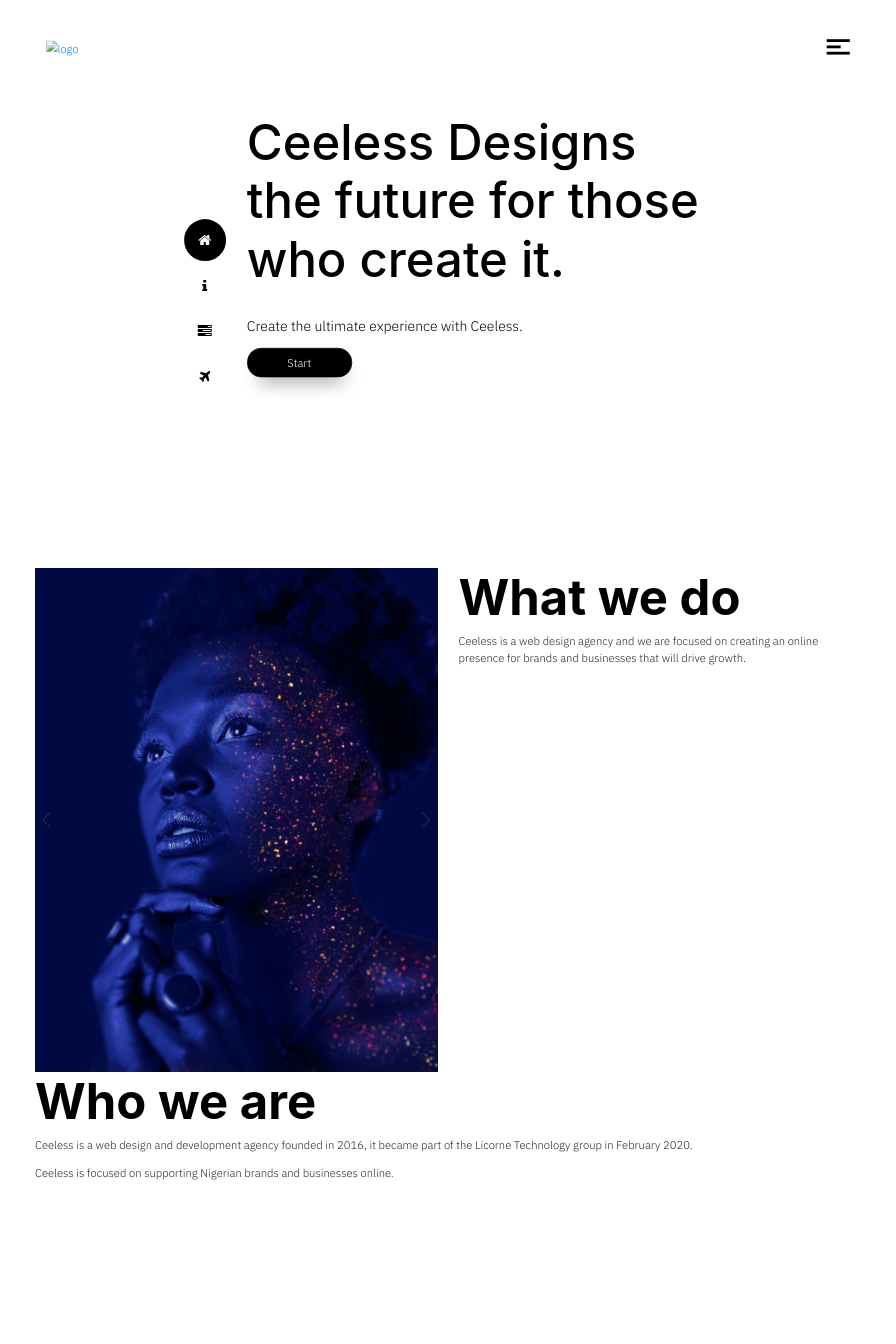
Repository: Licorne-Technologies/Ceeless-v2
Page: index.html
These files come from the project's save history. The page is drawn as it stood at one moment and after the next save; the edit follows.
The browser window is 1280 px wide. The pictures show the part of the page from y = 0 to 1920 px (the page is 3037 px tall), at 70% of full size.
Some web libraries are served in a nearby version. The style sheet was rebuilt from its Sass, Less or Tailwind sources for each picture, by a compiler version that may differ from the author's.

Above is the page before, as saved 2020-06-15 13:21:32.

### index.html
<!DOCTYPE html>
<html lang="en">
<head>
    <meta charset="UTF-8">
    <meta name="viewport" content="width=device-width, initial-scale=1.0">
    <!-- UIkit CSS -->
    <link rel="stylesheet" href="https://cdn.jsdelivr.net/npm/uikit@3.5.4/dist/css/uikit.min.css" />
    <!--Bootstrap-->
    <link rel="stylesheet" href="https://stackpath.bootstrapcdn.com/bootstrap/4.4.1/css/bootstrap.min.css" integrity="sha384-Vkoo8x4CGsO3+Hhxv8T/Q5PaXtkKtu6ug5TOeNV6gBiFeWPGFN9MuhOf23Q9Ifjh" crossorigin="anonymous">
    <!--Font awesome -->
    <link rel="stylesheet" href="https://stackpath.bootstrapcdn.com/font-awesome/4.7.0/css/font-awesome.min.css">
    <!--Stylesheet-->
    <link rel="stylesheet" href="css/stylesheet.css">
    <title>Ceeless || Licorne Technologies</title>
</head>
<body>
 <main class="wrapper pt-5">
     <!--Navigation Bar-->
    <header class="navbar">
        <div class="logo">
            <a href="index.html">
                <img src="" alt="logo">
            </a>
        </div>
        <div class="menu">
            <a class="menuIcon" href="#modal-full" uk-toggle>
                <span class="long-bar"></span>
                <span class="short-bar"></span>
                <span class="long-bar"></span>
            </a>
        </div>
        <!--Menu Modal-->
        <div id="modal-full" class="uk-modal-full" uk-modal>
            <div class="uk-modal-dialog">
                <button class="uk-modal-close-full uk-close-large" type="button" uk-close></button>
                <div class="row">
                    <div class="col">
                        <div class="menuItems">
                            <ul class="menuList">
                                <li>
                                    <a href="index.html" class="active"><i class="fa fa-home"></i>Home</a>
                                </li>
                                <li>
                                    <a href="#"><i class="fa fa-info"></i>About</a>
                                </li>
                                <li>
                                    <a href="#"><i class="fa fa-tasks" aria-hidden="true"></i>Portfolio</a>
                                </li>
                                <li>
                                    <a href="#"><i class="fa fa-plane"></i>Contact</a>
                                </li>
                            </ul>
                        </div>
                    </div>
                <div class="col"></div>
                </div>
            </div>
        </div>
    </header>
    <!--End of Navigation Bar-->



    <!--Jumbotron-->
    <section class="jumboText">
        <div class="row">
            <div class="col-3">
                <!--Menu icons-->
                <div class="menuItems">
                    <ul class="menuList">
                        <li>
                            <a href="index.html" class="active"><i class="fa fa-home"></i></a>
                        </li>
                        <li>
                            <a href="#"><i class="fa fa-info"></i></a>
                        </li>
                        <li>
                            <a href="#"><i class="fa fa-tasks" aria-hidden="true"></i></a>
                        </li>
                        <li>
                            <a href="#"><i class="fa fa-plane"></i></a>
                        </li>
                    </ul>
                </div>
            </div>
            <div class="col-9">
                <div class="message card w-75">
                    <!--Message Text-->
                    <h1>Ceeless Designs the future for those who create it.</h1>
                    <p>Create the ultimate experience with Ceeless.</p>
                    <!--Action Btn-->
                    <a href="#" class="action-btn">Start</a>
                </div>

            </div>
        </div>
    </section>
    <!--End of Jumbotron-->

    <!--Portfolio and What We Do Section-->
    <section class="comboSection">
        <div class="row">
            <div class="col">
                <!--Portfolio Gallery-->
                <div uk-slideshow="ratio: false" uk-slideshow="autoplay: true; autoplay-interval: 2000; pause-on-hover: true" >
                    <ul class="uk-slideshow-items" uk-height-viewport="min-height: 300">
                        <li>
                            <img src="assets/DemoImage1.jpg" alt="" uk-cover>
                        </li>
                        <li>
                            <img src="assets/DemoImage2.jpg" alt="" uk-cover>
                        </li>
                        <li>
                            <img src="assets/DemoImage3.jpg" alt="" uk-cover>
                        </li>
                    </ul>
                    <a class="uk-position-center-left uk-position-small uk-hidden-hover" href="#" uk-slidenav-previous uk-slideshow-item="previous"></a>
                    <a class="uk-position-center-right uk-position-small uk-hidden-hover" href="#" uk-slidenav-next uk-slideshow-item="next"></a>
                </div>
            </div>
            <div class="col">
                <h2 class="title">What we do</h2>
                <p>Ceeless is a web design agency and we are focused on creating an online presence for brands and businesses that will drive growth.</p>
                <!--What we do Progress bar-->
            </div>
        </div>
    </section>
    <!--End of section-->

    <!--About us-->
    <section class="aboutUs">
        <div class="row">
            <div class="col">
                <h2 class="title">Who we are</h2>
                <p>Ceeless is a web design and development agency founded in 2016, it became part of the Licorne Technology group in February 2020.</p>
                <p>Ceeless is focused on supporting Nigerian brands and businesses online.</p>
            </div>
        </div>
    </section>
    <!--End of section-->

    <section class="contactUs">
        <div class="row">
            <div class="col">
                <h2 class="title">Work with us</h2>
                <h5>on your next project or get in touch for a chat.</h5>
            </div>
            <div class="col">
                <!--form-->
            </div>
        </div>
    </section>
 </main>
 <footer class="footer">
     <p>&copy;Ceeless Designs | Licorne Technologies</p>
 </footer>

<!-- UIkit JS -->
<script src="https://cdn.jsdelivr.net/npm/uikit@3.5.4/dist/js/uikit.min.js"></script>
<script src="https://cdn.jsdelivr.net/npm/uikit@3.5.4/dist/js/uikit-icons.min.js"></script>
</body>
</html>

### css/stylesheet.scss
@import 'variables';
@import 'footer';
@import 'contact';
@import 'aboutUs';
@import 'whatWeDo';
@import 'portfolio';
@import 'jumbotron';
@import 'navbar';

*{
    margin: 0;
    padding: 0;
    text-decoration: none;
    list-style: none;
    font-family: $font;
}
 section {
    height: 100vh;
}

.title {
    color: $dark;
    font-size: $fontLarge;
    font-weight: $fontHeavy;
}
@media screen and (min-width: 760px){
    .wrapper {
        margin: 0 50px;
    }
}

### css/_variables.scss
@import url('https://fonts.googleapis.com/css2?family=IBM+Plex+Sans:wght@300;700&display=swap');

$font: 'IBM Plex Sans', sans-serif;
$fontLight: 300;
$fontHeavy: 700;
$fontLarge: 70px;
$fontSmall: 45px;
$fontText: 20px;
$fontTextSm: 16px;
$dark: black;
$light: white;
$box-shadow: 0 5px 15px rgba(0,0,0,0.08);
$btn-shadow: 2px 20px 25px -15px rgba(0, 0, 0, 0.54);
$text-shadow: 2px 2px 4px rgba(0, 0, 0, 0.377);

### css/footer.scss
@import 'variables';

.footer {
    background-color: $dark;
    display: flex;
    align-items: center;
    p{
        color: $light;
        font-size: $fontText;
        padding: 10px;
    }
}

### css/whatWeDo.scss
@import 'variables';

.comboSection {
    height: 100vh;
    display: flex;
    flex-direction: column;
    justify-content: center;
}

### css/jumbotron.scss
@import 'variables';

.jumboText {
    height: 100vh;
    display: flex;
    flex-direction: column;
    align-items: center;

    .card {
        border: none;
    }

    .menuItems {
        background-color: $light;
        display: flex;
        flex-direction: column;
        align-items: flex-end;

        a {
            font-size: $fontText;
            color: $dark;

            .fa {
                background-color: $light;
                color: $dark;
                margin-right: 0px;
                margin-bottom: 5px;
                height: 60px;
                width: 60px;
            }

            &:hover {
                .fa {
                    background-color: $dark;
                    color: $light;
                    transform: scale(1.2);
                }
            }
        }

        a.active {
            .fa {
                background-color: $dark;
                color: $light;
            }
        }
    }
}
.message {
    display: flex;
    flex-direction: column;
    align-items: flex-start;
    padding-top: 70px;
    h1{
        font-size: $fontLarge;
        color: $dark;
    }
    p{
        padding-top: 30px;
        font-size: $fontText;
        color: $dark;
    }
}
a.action-btn {
    border: 1px solid $dark;
    background-color: $dark;
    width: 150px;
    border-radius: 20px;
    padding: 10px;
    box-shadow: $btn-shadow;
    color: $light;
    text-align: center;
    line-height: 20px;
    &:hover{
        text-decoration: none;
    }

}

### css/navbar.scss
@import 'variables';

.navbar {
    display: flex;
    width: 100%;
    justify-content: space-between;
}

.menuIcon {
    display: flex;
    flex-direction: column;
        .long-bar,.short-bar{
            border: 2px solid $dark;
            margin-bottom: 5px;
        }
        .long-bar{
            width: 33px;
        }
        .short-bar{
            width: 20px;
        }

        &:hover{
            .long-bar{
                width: 20px;
                transition: width 300ms ease-in-out 0s;

            }
            .short-bar{
                width: 33px;

            }
        }
}

.uk-modal-full {
    height: 100vh;
    background-color: $dark;
    overflow: hidden;
}
.uk-modal-close-full, .uk-close-large, .menuItems{
    background-color: $dark;
    color: $light;
}
.menuItems {
    height: 100vh;
    display: flex;
    flex-direction: column;
    justify-content: center;
}
.menuList {
    li {
        a {
            display: flex;
            align-items: center;
            color: $light;
            font-size: $fontSmall;
            line-height: $fontSmall;

            .fa {
                display: flex;
                justify-content: center;
                align-items: center;
                height: 100px;
                width: 100px;
                border-radius: 50%;
                background-color: $dark;
                color: $light;
                margin-right: 7px;
            }

            &:hover {
                text-decoration: none;

                .fa{
                    background-color: $light;
                    color: $dark;
                }
            }
        }
    }
}

Loaded but not shown: css/contact.scss (common file); css/aboutUs.scss (common file); css/portfolio.scss (common file)

After the next save:
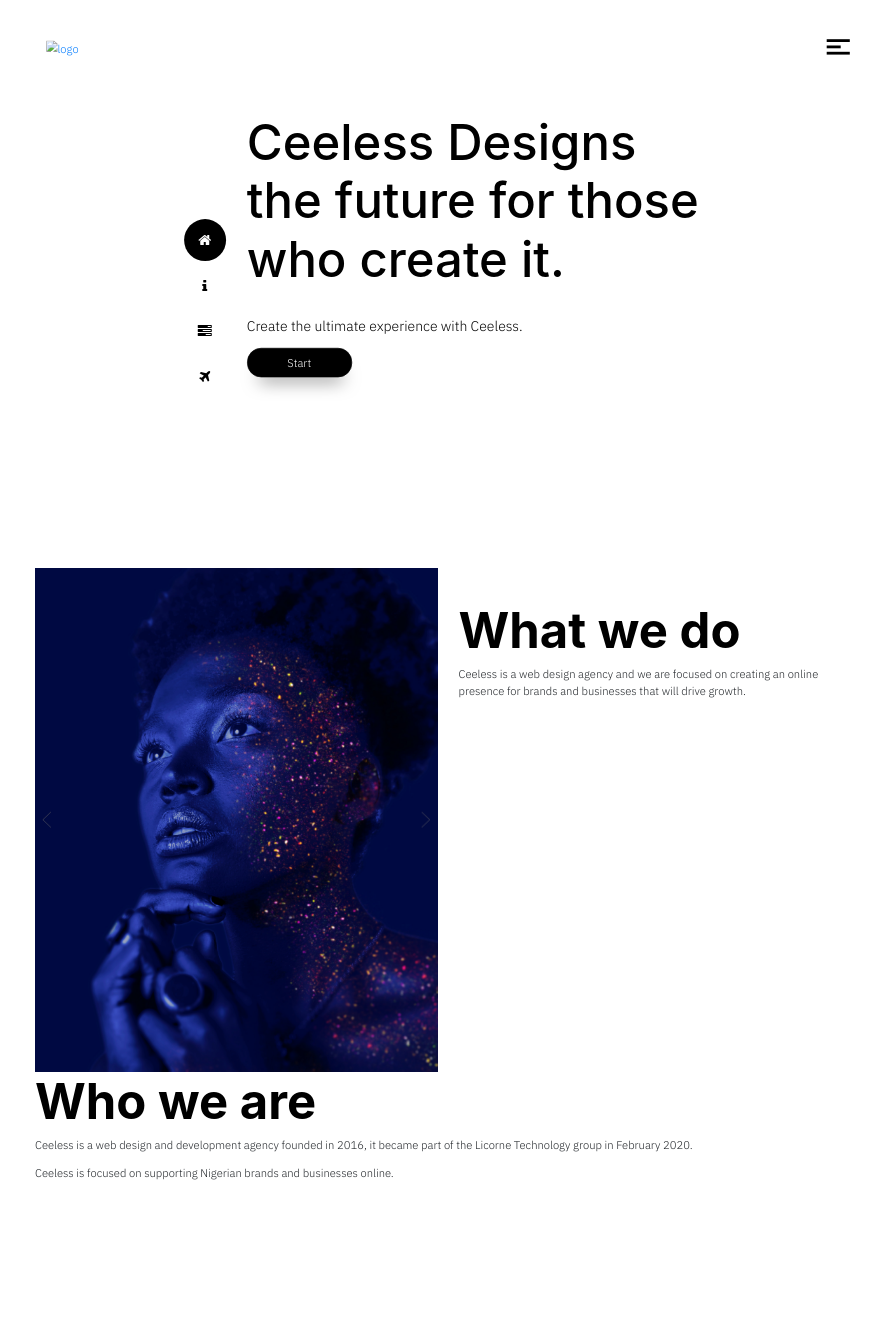
Saved 60 s later.
--- a/index.html
+++ b/index.html
@@ -119,7 +119,7 @@
                 </div>
             </div>
             <div class="col">
-                <h2 class="title">What we do</h2>
+                <h2 class="title pt-5">What we do</h2>
                 <p>Ceeless is a web design agency and we are focused on creating an online presence for brands and businesses that will drive growth.</p>
                 <!--What we do Progress bar-->
             </div>
